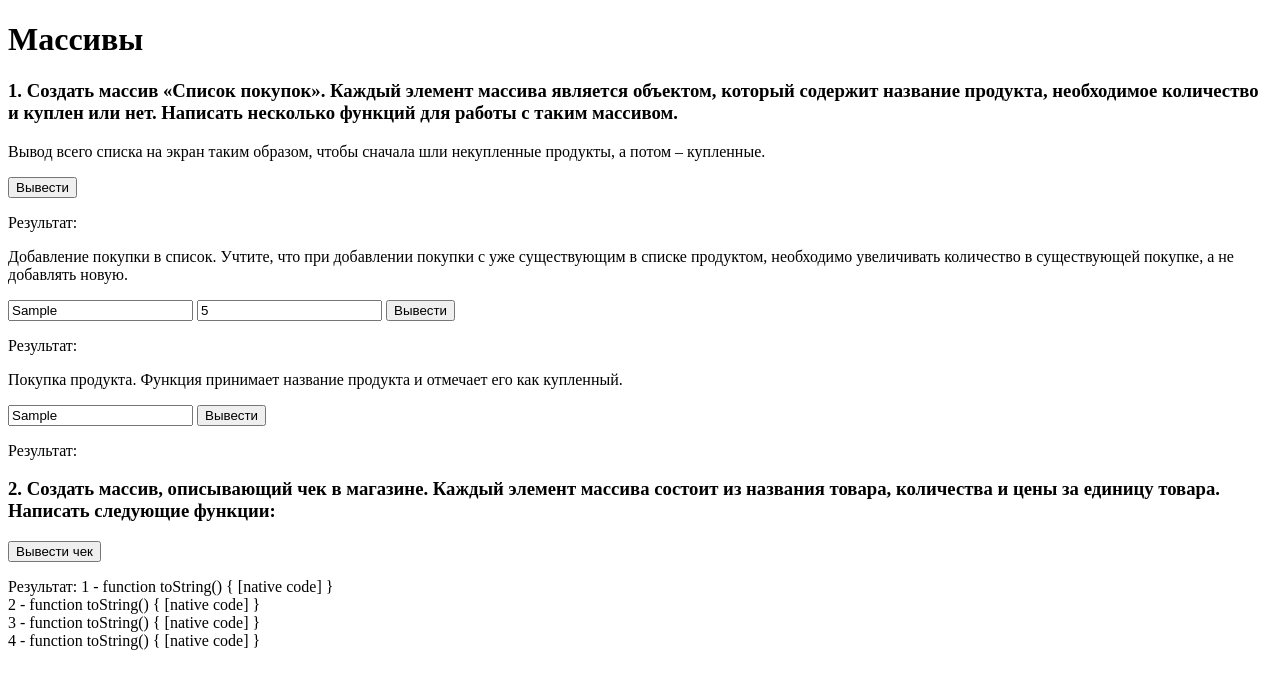
Repository: NastyaGavrilova/Beetroot-js
Page: HW5/index.html
These files come from the project's save history. The page is drawn as it stood at one moment and after the next save; the edit follows.
The browser window is 1280 px wide. The pictures show the whole page.
Empty fields were first filled with sample values (such as "Sample", 5 or name@example.com).
After loading, the first visible `#js-task2-btn1` was clicked once.

Above is the page before, as saved 2021-10-21 17:34:49.

### HW5/index.html
<!DOCTYPE html>
<html lang="en">
  <head>
    <meta charset="UTF-8" />
    <meta http-equiv="X-UA-Compatible" content="IE=edge" />
    <meta name="viewport" content="width=device-width, initial-scale=1.0" />
    <title>Arrays</title>
  </head>
  <body>
    <h1>Массивы</h1>
    <section class="c-task1">
      <div class="c-task1__wrapper">
        <h3 class="title">
          1. Создать массив «Список покупок». Каждый элемент массива является
          объектом, который содержит название продукта, необходимое количество и
          куплен или нет. Написать несколько функций для работы с таким
          массивом.
        </h3>
        <p class="paragraph">
          Вывод всего списка на экран таким образом, чтобы сначала шли
          некупленные продукты, а потом – купленные.
        </p>
        <button id="js-task1-btn1">Вывести</button>
        <p class="paragraph">Результат: <span id="js-task1-span1"></span></p>
        <p class="paragraph">
          Добавление покупки в список. Учтите, что при добавлении покупки с уже
          существующим в списке продуктом, необходимо увеличивать количество в
          существующей покупке, а не добавлять новую.
        </p>
        <form action="#" method="get">
          <input
            type="text"
            id="js-task1-input1"
            placeholder="Название продукта"
          />
          <input type="number" id="js-task1-input2" placeholder="Кол-во" />
          <button id="js-task1-btn2">Вывести</button>
        </form>
        <p class="paragraph">Результат: <span id="js-task1-span2"></span></p>
        <p class="paragraph">
          Покупка продукта. Функция принимает название продукта и отмечает его
          как купленный.
        </p>
        <form action="#" method="get">
          <input
            type="text"
            id="js-task1-input4"
            placeholder="Название продукта"
          />
          <button id="js-task1-btn3">Вывести</button>
        </form>
        <p class="paragraph">Результат: <span id="js-task1-span3"></span></p>
      </div>
    </section>
    <section class="c-task2">
      <div class="c-task2__wrapper">
        <h3 class="title">
          2. Создать массив, описывающий чек в магазине. Каждый элемент массива
          состоит из названия товара, количества и цены за единицу товара.
          Написать следующие функции:
        </h3>
        <button id="js-task2-btn1">Вывести чек</button>
        <p>Результат: <span id="js-task2-span1"></span></p>
      </div>
    </section>
    <script src="index.js"></script>
  </body>
</html>

### HW5/index.js
// task 1

class Product {
  constructor(params = {}) {
    Object.assign(
      this,
      {
        nameOfProduct: null,
        amount: 1,
        bought: false,
      },
      { ...params }
    );
  }
  // словие сортировки для метода sort
  static sortDefault(a, b) {
    return (
      (a.bought - b.bought) * 10 +
      a.nameOfProduct.localeCompare(b.nameOfProduct)
    );
  }
  // метод для вывода списка
  static showProduct(a) {
    return ` ${a.nameOfProduct} (x${a.amount}) ${
      a.bought ? "куплено" : "не куплено"
    }`;
  }
}
// масив обьектов продуктов
let shopList = [
  { nameOfProduct: "Банан", amount: 2 },
  { nameOfProduct: "Апельсин", amount: 5, bought: true },
  { nameOfProduct: "Молоко", bought: true },
  { nameOfProduct: "Груша", amount: 10 },
].map((prodDef) => new Product(prodDef));

// добавление покупки
let addToShopList = (prodDef) => {
  // при добавлении покупки с уже существующим в списке продуктом, необходимо увеличивать количество в существующей покупке, а не добавлять новую
  let prod = shopList.find(
    (prod) => prod.nameOfProduct === prodDef.nameOfProduct
  );
  if (!prod) return shopList.push(new Product(prodDef));
  prod.amount += prodDef.amount;
};
// функция куаленного продукта
let boughtProduct = (product) => {
  // при вводе существующего продукта его статус меняеться на "куплено"
  let prod = shopList.find(
    (prod) => prod.nameOfProduct === product.nameOfProduct
  );
  if (!prod.bought) return (prod.bought += true);
};
// кнопка для функции сортировки и вівода
let btn1 = document.getElementById("js-task1-btn1");
btn1.addEventListener("click", (e) => {
  e.preventDefault();
  let showSortByBought = document.getElementById("js-task1-span1");
  shopList.sort(Product.sortDefault);
  return (showSortByBought.innerHTML = shopList.map(Product.showProduct));
});
// кнопка для добавления сортировки и вівода
let btn1_2 = document.getElementById("js-task1-btn2");
btn1_2.addEventListener("click", (e) => {
  e.preventDefault();
  let showAddProduct = document.getElementById("js-task1-span2");
  let nameProd = document.getElementById("js-task1-input1");
  let amountProd = document.getElementById("js-task1-input2");
  addToShopList({
    _nameOfProduct: nameProd.value,
    get nameOfProduct() {
      return this._nameOfProduct;
    },
    set nameOfProduct(value) {
      this._nameOfProduct = value;
    },
    amount: +amountProd.value,
  });
  shopList.sort(Product.sortDefault);
  return (showAddProduct.innerHTML = shopList.map(Product.showProduct));
});
// кнопка для изменения статуса продукта, сортировки и вівода
let btn1_3 = document.getElementById("js-task1-btn3");
btn1_3.addEventListener("click", (e) => {
  let showBoughtPoduct = document.getElementById("js-task1-span3");
  let nameProduct = document.getElementById("js-task1-input4");
  boughtProduct({ nameOfProduct: nameProduct.value });
  shopList.sort(Product.sortDefault);
  return (showBoughtPoduct.innerHTML = shopList.map(Product.showProduct));
});

// task 2

class ShopCheck {
  constructor(params = {}) {
    Object.assign(
      this,
      {
        nameShopProduct: null,
        price: 1,
        amount: 1,
      },
      { ...params }
    );
  }
  // static showProductsCheck(a) {
  //   return `${a.nameShopProduct} (x${a.amount}), цена ${a.price} за 1 ед.`;
  // }
  // словие сортировки для метода sort
  // static sortDefault(a, b) {
  //   return (
  //     (a.bought - b.bought) * 10 +
  //     a.nameOfProduct.localeCompare(b.nameOfProduct)
  //   );
  // }
  // метод для вывода списка
  // static showProduct(a) {
  //   return ` ${a.name} (x${a.amount}) ${a.bought ? "куплено" : "не куплено"}`;
  // }
}
let shopCheck = [
  {
    nameOfProduct: "Зубная паста",
    price: 30,
  },
  {
    nameOfProduct: "Бананы",
    price: 5,
    amount: 4,
  },
  {
    nameOfProduct: "Губки (упаковка)",
    price: 30,
    amount: 4,
  },
  {
    nameOfProduct: "Капуста",
    price: 35,
    amount: 2,
  },
  {
    nameOfProduct: "Кастрюля",
    price: 150,
    amount: 1,
  },
];

ShopCheck.prototype.toString = function checkToString() {
  return `${this.nameOfProduct} (x${this.amount}), ${this.price}`;
};
let showCheckList = (spanEl) => {
  let str = " ";
  for (let i = 1; i < shopCheck.length; i++) {
    if (shopCheck[i] !== undefined)
      str += i + " - " + shopCheck[i].toString + "<br>";
    console.log(shopCheck[i]);
  }
  return (spanEl.innerHTML = str);
};

let btn2 = document.getElementById("js-task2-btn1");
btn2.addEventListener("click", (e) => {
  e.preventDefault();
  let outputShopCheck = document.getElementById("js-task2-span1");
  showCheckList(outputShopCheck);
});

After the next save:
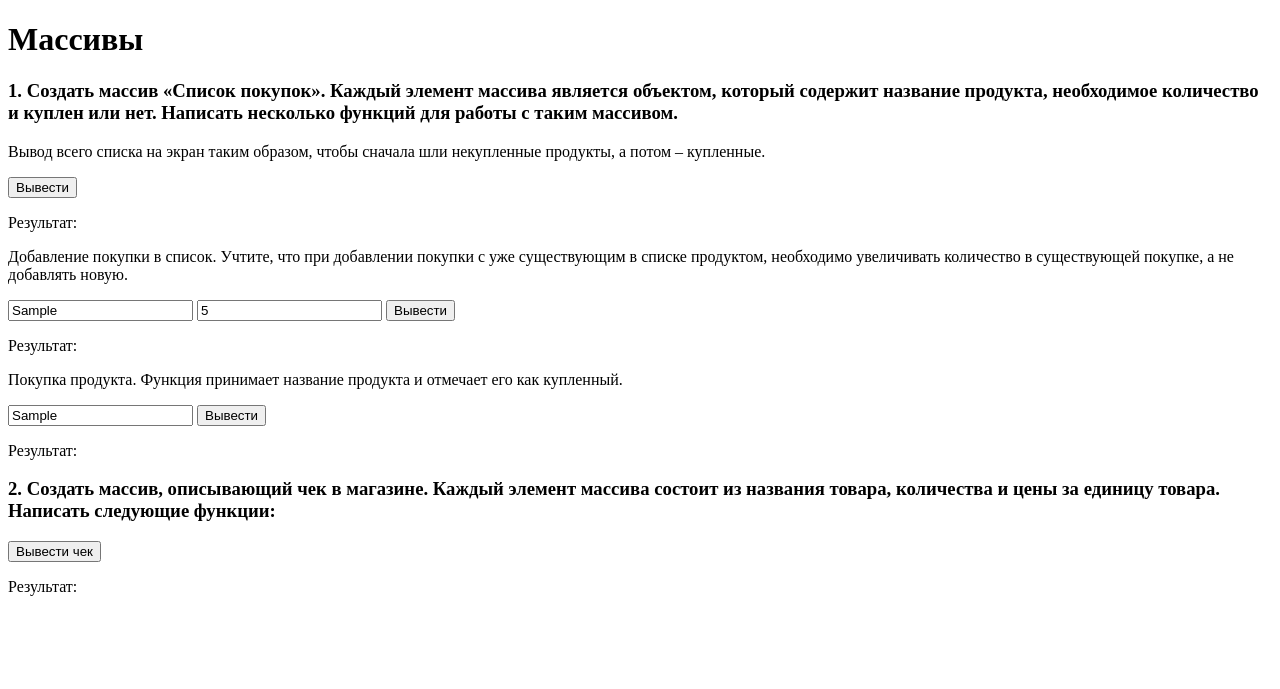
Saved 64 s later.
--- a/HW5/index.js
+++ b/HW5/index.js
@@ -150,9 +150,9 @@ ShopCheck.prototype.toString = function checkToString() {
 };
 let showCheckList = (spanEl) => {
   let str = " ";
-  for (let i = 1; i < shopCheck.length; i++) {
-    if (shopCheck[i] !== undefined)
-      str += i + " - " + shopCheck[i].toString + "<br>";
+  for (let i = 1; i < ShopCheck.length; i++) {
+    if (ShopCheck[i] !== undefined)
+      str += i + " - " + ShopCheck[i].toString() + "<br>";
     console.log(shopCheck[i]);
   }
   return (spanEl.innerHTML = str);

After the save that followed:
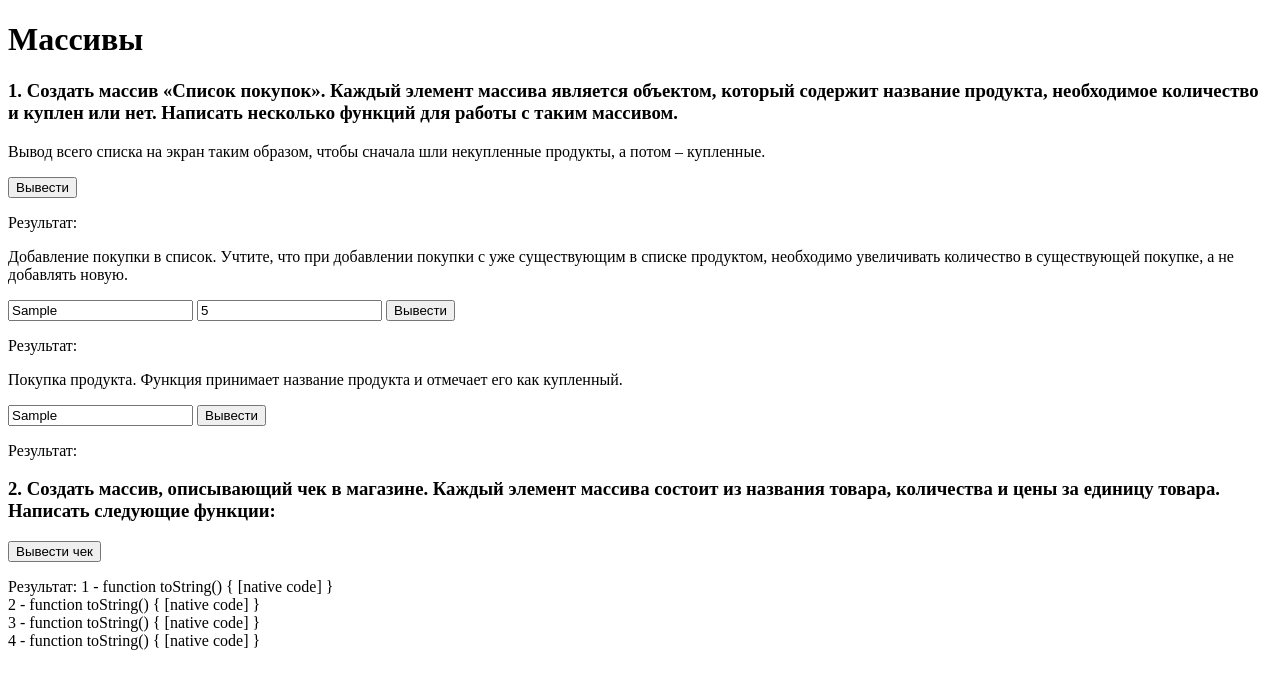
Saved 11 s later.
--- a/HW5/index.js
+++ b/HW5/index.js
@@ -150,9 +150,9 @@ ShopCheck.prototype.toString = function checkToString() {
 };
 let showCheckList = (spanEl) => {
   let str = " ";
-  for (let i = 1; i < ShopCheck.length; i++) {
-    if (ShopCheck[i] !== undefined)
-      str += i + " - " + ShopCheck[i].toString() + "<br>";
+  for (let i = 1; i < shopCheck.length; i++) {
+    if (shopCheck[i] !== undefined)
+      str += i + " - " + shopCheck[i].toString + "<br>";
     console.log(shopCheck[i]);
   }
   return (spanEl.innerHTML = str);
